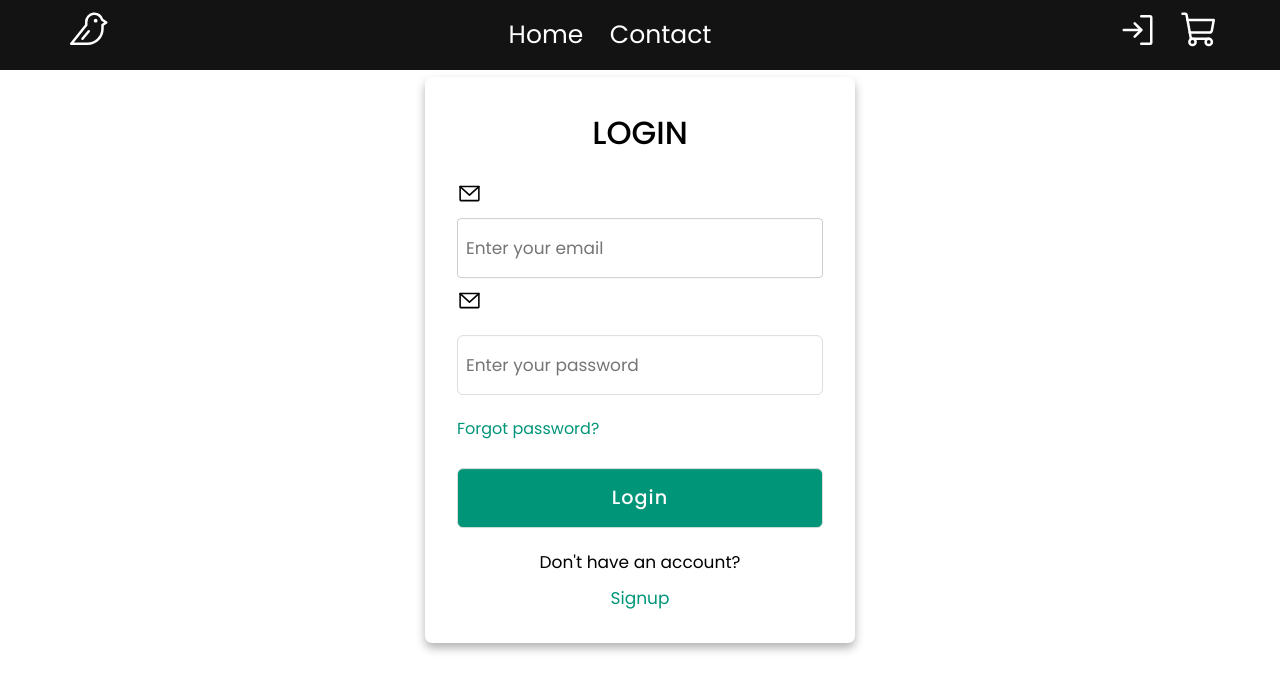
Repository: hoangdanh2/swp301
Page: /register
These files come from the project's save history. The page is drawn as it stood at one moment and after the next save; the edit follows.
The browser window is 1280 px wide. The pictures show the whole page.
The project was rebuilt for these pictures with package versions that can differ from the ones it lists, and the page was loaded fresh each time. Also part of the build but not shown: src/pages/shop/product.jsx, src/pages/shop/shop.css, src/pages/shop/shop.jsx, src/pages/contact/contact.jsx, src/pages/cart/cart-item.jsx, src/pages/cart/cart.css, src/pages/cart/cart.jsx.

Above is the page before, as saved 2023-05-29 11:08:34.

After the next save:
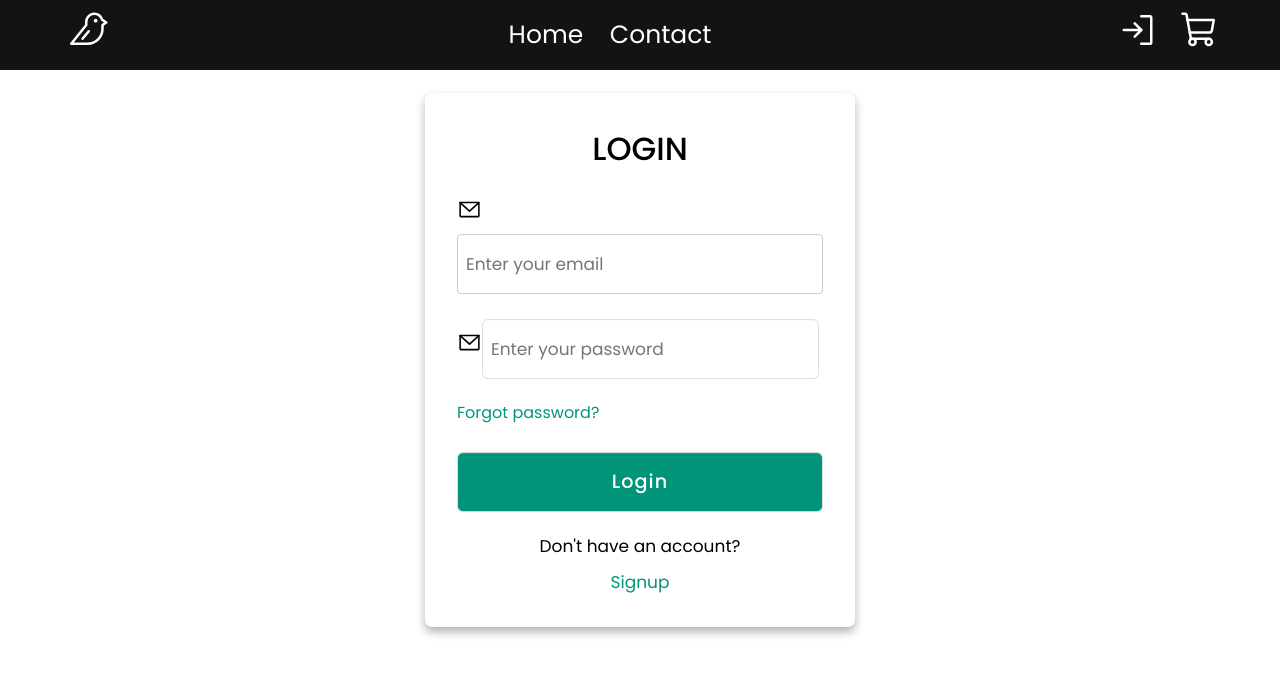
Saved 10 s later.
--- a/src/pages/register/register.css
+++ b/src/pages/register/register.css
@@ -48,7 +48,7 @@
 
  .form input{
    height: 60px;
-   width: 100%;
+   width: 92%;
    padding: 0 8px;
    font-size: 17px;
    margin-top: 15px;
